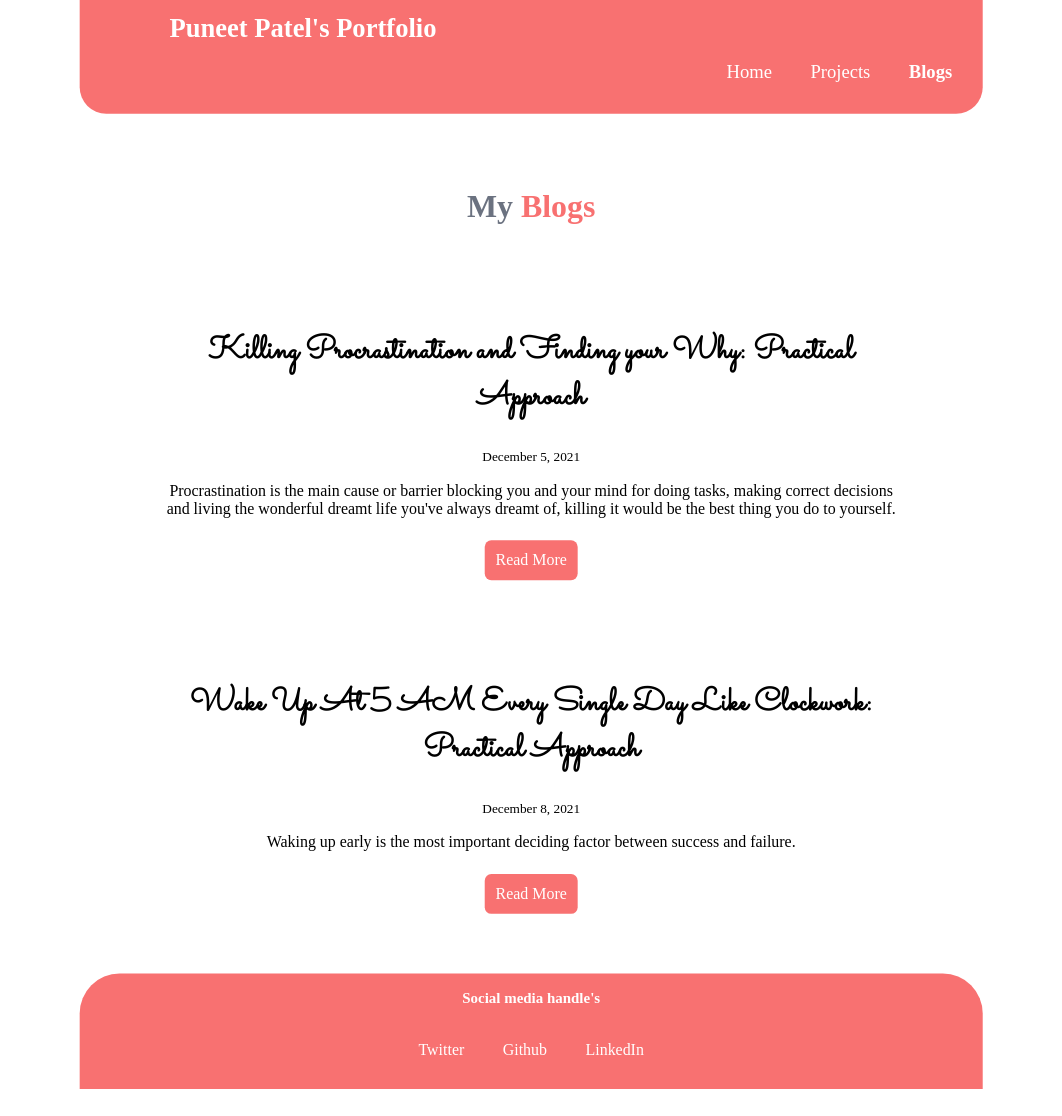
Repository: PuneetP16/Portfolio
Page: blogs.html
The author's editor kept a copy of each file at every save. The page is drawn from the files as they stood at one save, then again after the next save.
The browser window is 1280 px wide. The pictures show the whole page, at 83% of full size.
Some web fonts or font styles are not loaded; a fallback is used.

Above is the page before, as saved 2021-12-10 02:18:40.

After the next save:
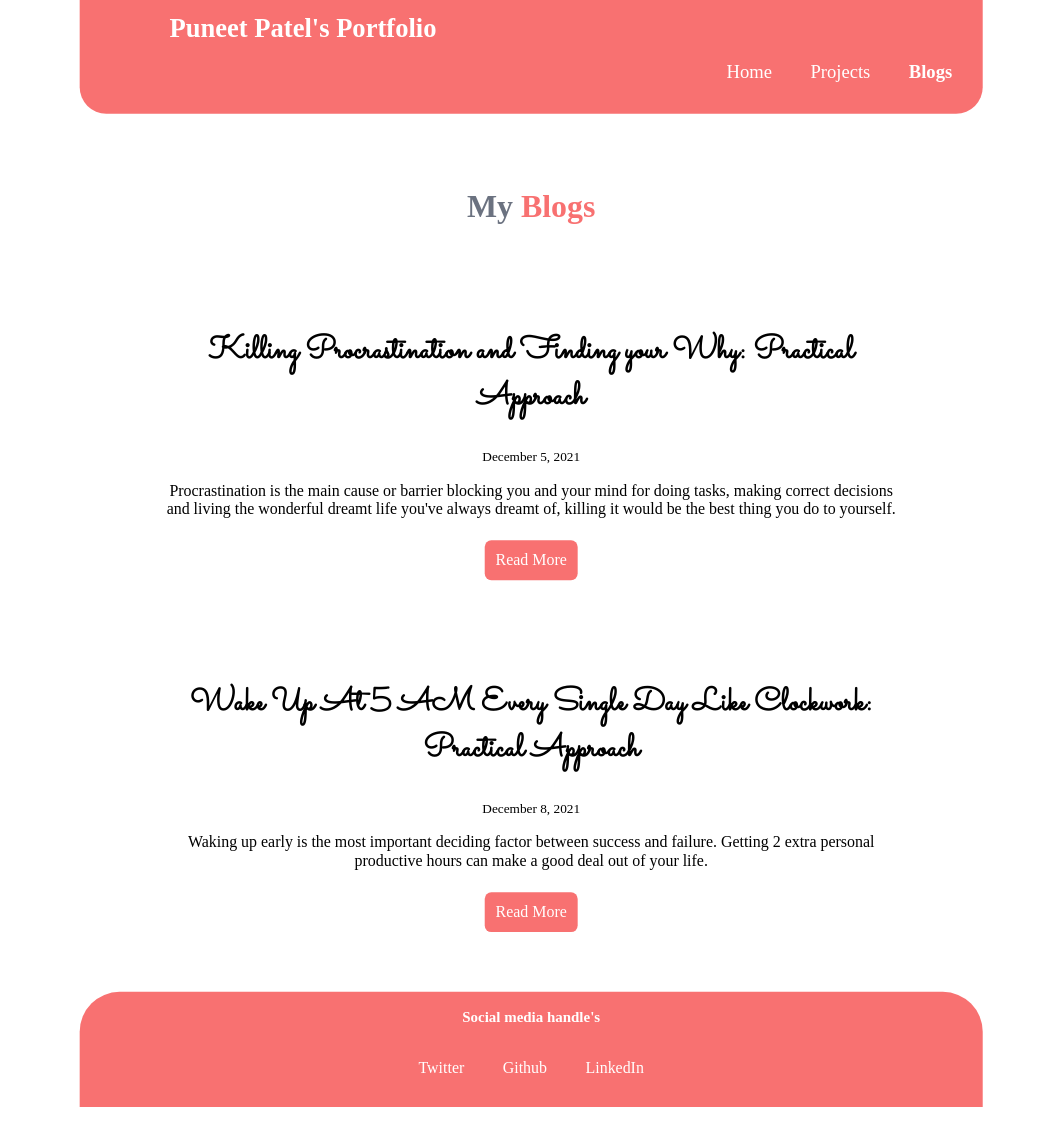
Saved 2 min 5 s later.
--- a/blogs.html
+++ b/blogs.html
@@ -47,7 +47,7 @@
         <h1>Wake Up At 5 AM Every Single Day Like Clockwork: Practical Approach </h1>
         <small>December 8, 2021</small>
         <p>
-          Waking up early is the most important deciding factor between success and failure.
+          Waking up early is the most important deciding factor between success and failure. Getting 2 extra personal productive hours can make a good deal out of your life.
         </p>
         <a class="link link-primary" href="Wake Up At 5 AM Every Single Day Like Clockwork.html" target="_blank">Read More</a>
       </article>
